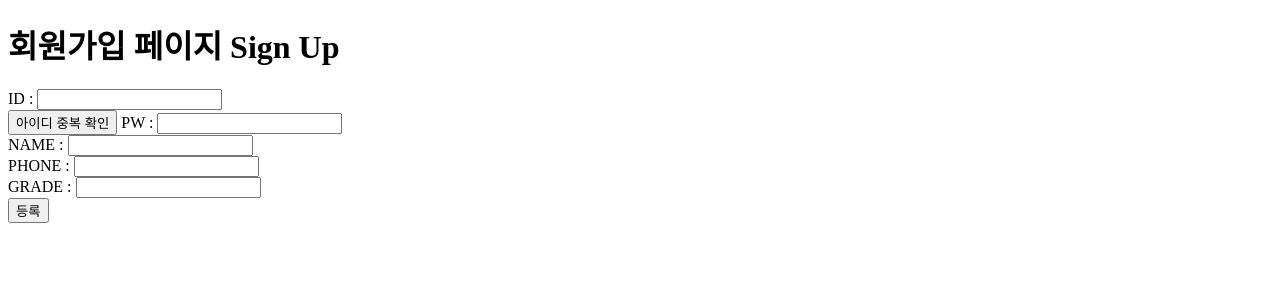
Repository: smallomg/bg-spring
Page: http://localhost/test3/WEB-INF/views/signup.jsp
The author's editor kept a copy of each file at every save. The page is drawn from the files as they stood at one save, then again after the next save.
The browser window is 1280 px wide. The pictures show the whole page.
The page is served by Tomcat 10. Nobody is signed in. Other server files are loaded and not shown. The template is opened directly, without the code that normally fills it, so the values that code supplies are empty.

Above is the page before, as saved 2025-05-13 01:49:37.

### ldy_spring/test3/src/main/webapp/WEB-INF/views/signup.jsp
<%@ page language="java" contentType="text/html; charset=UTF-8"
	pageEncoding="UTF-8"%>
<!DOCTYPE html>
<html>
<head>
<meta charset="UTF-8">
<title>Insert title here</title>
</head>
<body>
	<h1>회원가입 페이지 Sign Up</h1>

	<form action="SignUp" method="post" onsubmit="return validateForm()">
		ID : <input type="text" name="id" id="id"><br>
		<button type="button" onclick="idcheck()">아이디 중복 확인</button>
		PW : <input type="text" name="pw" id="pw"><br>
		NAME : <input type="text" name="name"><br>
		PHONE : <input type="text" name="phone"><br>
		GRADE : <input type="text" name="grade"><br>
		<input type="submit" value="등록">
	</form>

	<script>
		function validateForm() {
			const idRegex = /^[a-zA-Z][a-zA-Z0-9]{7,}$/;
			// ^[a-zA-Z] : 첫 글자는 영문자
			// [a-zA-Z0-9]{7,} : 나머지 최소 7글자는 영문 또는 숫자
			const id = document.querySelector("#id").value;
			if (!idRegex.test(id)) {
				alert("아이디는 8개 이상의 문자열과 영문으로 시작하여야 합니다");
				return
			}

			// ^ 	문자열의 시작
			// (?=.*[a-zA-Z]) 영문자 1개이상 포함
			// (?=.*[0-9])	숫자 1개 이상 포함
			// (?=.*[!@#$%^&*])	특수문자 1개 이상 포함 (지정된 것만)
			// $	문자열의 끝

			const pwRegex = /^(?=.*[a-zA-Z])(?=.*[0-9])(?=.*[!@#$%^&*])[A-Za-z0-9!@#$%^&*]{7,}$/;
			const pw = document.querySelector("#pw").value;
			if (!pwRegex.test(pw)) {
				alert("패스워드는 8개 이상의 문자열과 영문 기호 숫자로 구성되어야합니다");
				return
			}
		}


		let idValid = false;
		function idcheck(){
			const id =document.getElementById('id').value;
			if(!id){
				alert('아이디를 입력하세요.');
				return
			}
		}
	</script>
</body>
</html>

After the next save:
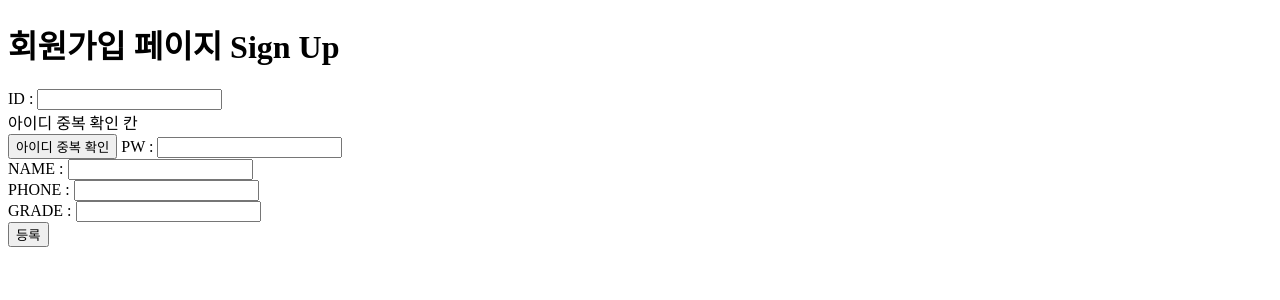
Saved 100 s later.
--- a/ldy_spring/test3/src/main/webapp/WEB-INF/views/signup.jsp
+++ b/ldy_spring/test3/src/main/webapp/WEB-INF/views/signup.jsp
@@ -11,6 +11,7 @@
 
 	<form action="SignUp" method="post" onsubmit="return validateForm()">
 		ID : <input type="text" name="id" id="id"><br>
+		<div id=demo1>아이디 중복 확인 칸</div>
 		<button type="button" onclick="idcheck()">아이디 중복 확인</button>
 		PW : <input type="text" name="pw" id="pw"><br>
 		NAME : <input type="text" name="name"><br>
@@ -46,12 +47,25 @@
 
 
 		let idValid = false;
-		function idcheck(){
-			const id =document.getElementById('id').value;
-			if(!id){
+		function idcheck() {
+			const id = document.getElementById('id').value;
+			if (!id) {
 				alert('아이디를 입력하세요.');
-				return
+				return;
 			}
+			const xhr = new XMLHttpRequest();
+			xhr.onload = function() {
+				if (xhr.responseText === "1") {
+					document.getElementById('demo1').innerHTML = "사용중인 아이디 입니다";
+					idValid = false;
+				} else {
+					document.getElementById('demo1').innerHTML = "사용가능한 아이디";
+					idValid = true;
+				}
+
+			}
+			xhr.open('GET', '/idcheck?id=' + id);
+			xhr.send();
 		}
 	</script>
 </body>
